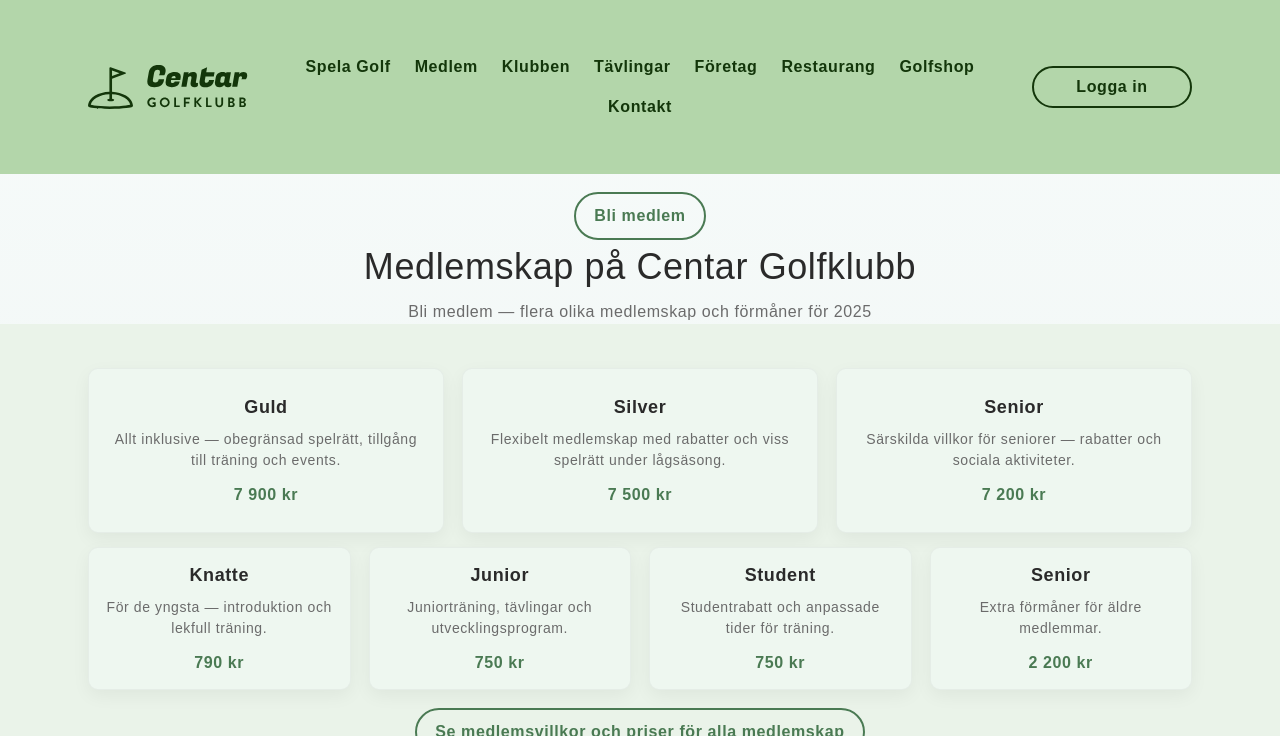
Repository: Tamana831/GolfklubbCentar
Page: Medlem.html
These files come from the project's save history. The page is drawn as it stood at one moment and after the next save; the edit follows.
The browser window is 1280 px wide. The pictures show the part of the page from y = 0 to 736 px (the page is 2497 px tall before and 2431 px after).
A picture or video elsewhere on the page could not be fetched, so the positions and the page height are approximate.

Above is the page before, as saved 2025-10-22 12:14:28.

After the next save:
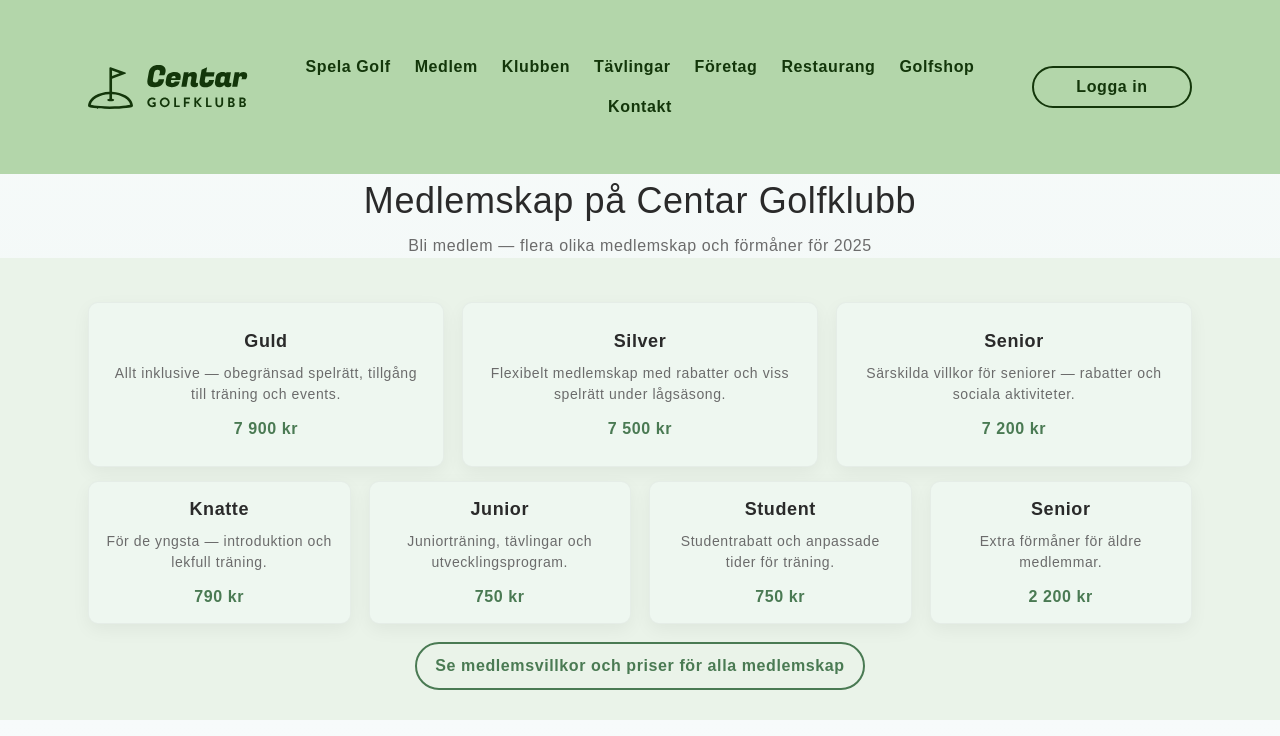
Saved 4 min 42 s later.
--- a/Medlem.html
+++ b/Medlem.html
@@ -41,10 +41,7 @@
       </nav>
     </header>
 
-    <!-- HERO CTA -->
-    <div class="center-cta">
-      <a class="btn-outline" href="#membership-apply">Bli medlem</a>
-    </div>
+
   <!-- RUBRIK -->
     <section class="container">
       <div class="container">
